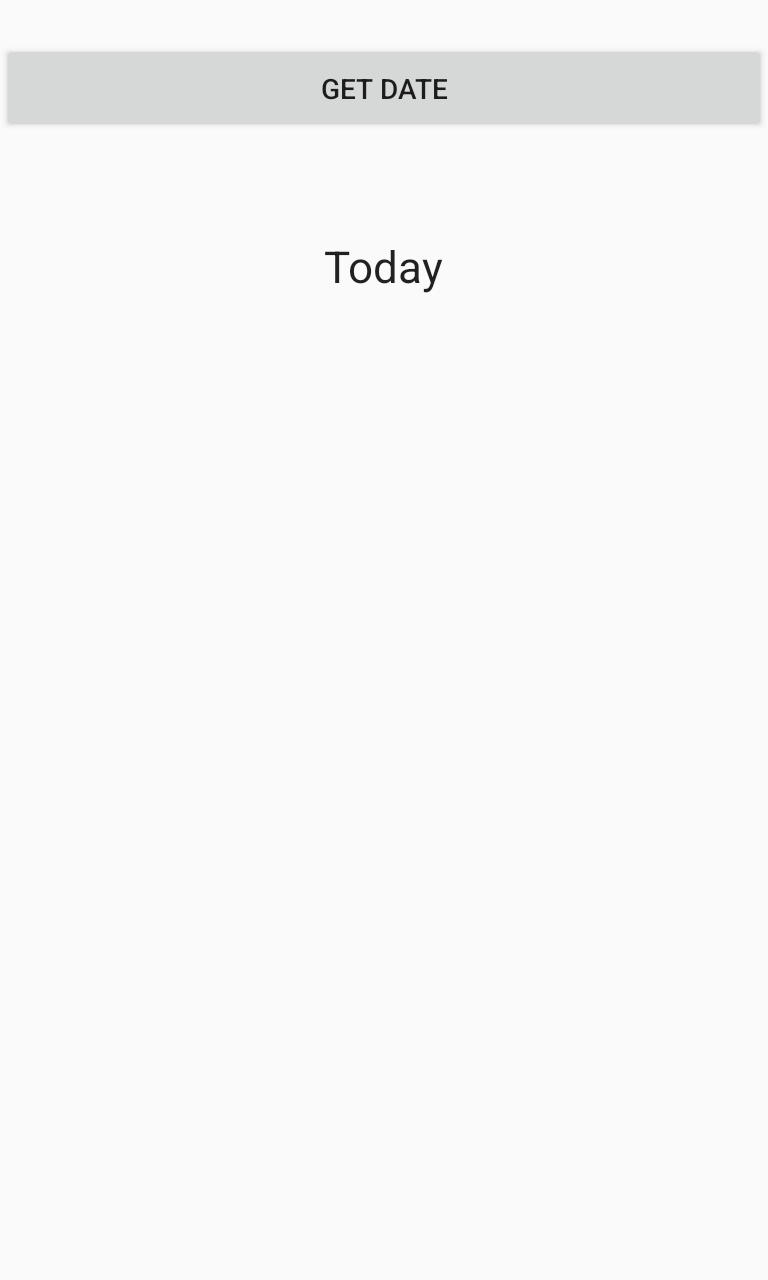
Repository: dev-sean/kosta
Layout: and1016/res/layout/ex1_http.xml
An editor plug-in stored every save of this project. The layout is shown before and after the next save, followed by the edit.
It is drawn on a 768 x 1280 px phone screen (xhdpi) without system bars, with theme AppTheme; the app's code is not run.

Above is the layout before, as saved 2014-10-16 02:27:28.

### and1016/res/layout/ex1_http.xml
<?xml version="1.0" encoding="utf-8"?>
<LinearLayout xmlns:android="http://schemas.android.com/apk/res/android"
    android:layout_width="match_parent"
    android:layout_height="match_parent"
    android:orientation="vertical" >

    <Button
        android:id="@+id/ex1_btn1"
        android:layout_width="match_parent"
        android:layout_height="wrap_content"
        android:layout_gravity="center"
        android:layout_marginTop="20dp"
        android:text="Get Date" />

    <TextView
        android:id="@+id/ex1_textRes"
        android:layout_width="wrap_content"
        android:layout_height="wrap_content"
        android:layout_gravity="center"
        android:layout_marginTop="50dp"
        android:text="Today"
        android:textAppearance="?android:attr/textAppearanceLarge" />

</LinearLayout>

Loaded but not shown: and1016/res/values/styles.xml (common file); and1016/res/values-v11/styles.xml (common file); and1016/res/values-v14/styles.xml (common file)

After the next save:
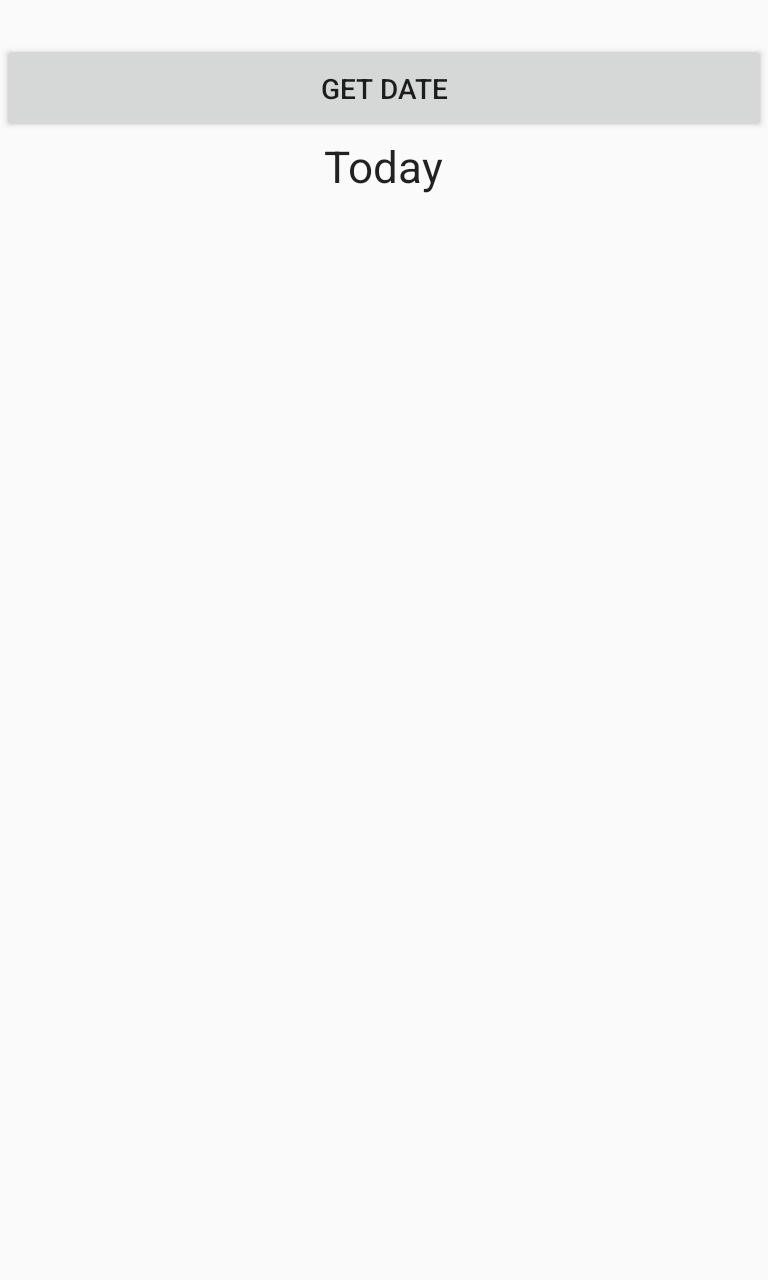
Saved 4 min 17 s later.
--- a/and1016/res/layout/ex1_http.xml
+++ b/and1016/res/layout/ex1_http.xml
@@ -17,7 +17,6 @@
         android:layout_width="wrap_content"
         android:layout_height="wrap_content"
         android:layout_gravity="center"
-        android:layout_marginTop="50dp"
         android:text="Today"
         android:textAppearance="?android:attr/textAppearanceLarge" />
 
